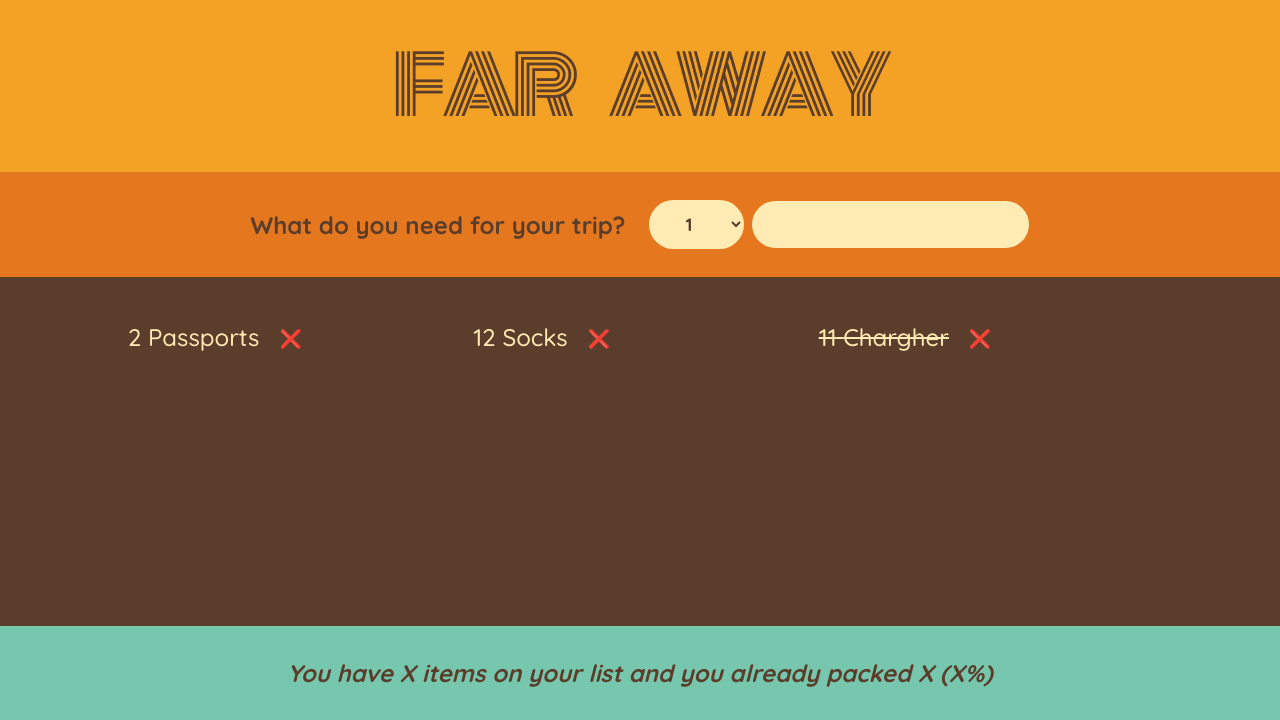
Repository: pmcalmeida/travel-list
Page: /
The author's editor kept a copy of each file at every save. The page is drawn from the files as they stood at one save, then again after the next save.
The browser window is 1280 px wide. The pictures show the whole page.
The project was rebuilt for these pictures with package versions that can differ from the ones it lists, and the page was loaded fresh each time.

Above is the page before, as saved 2024-05-01 10:47:17.

After the next save:
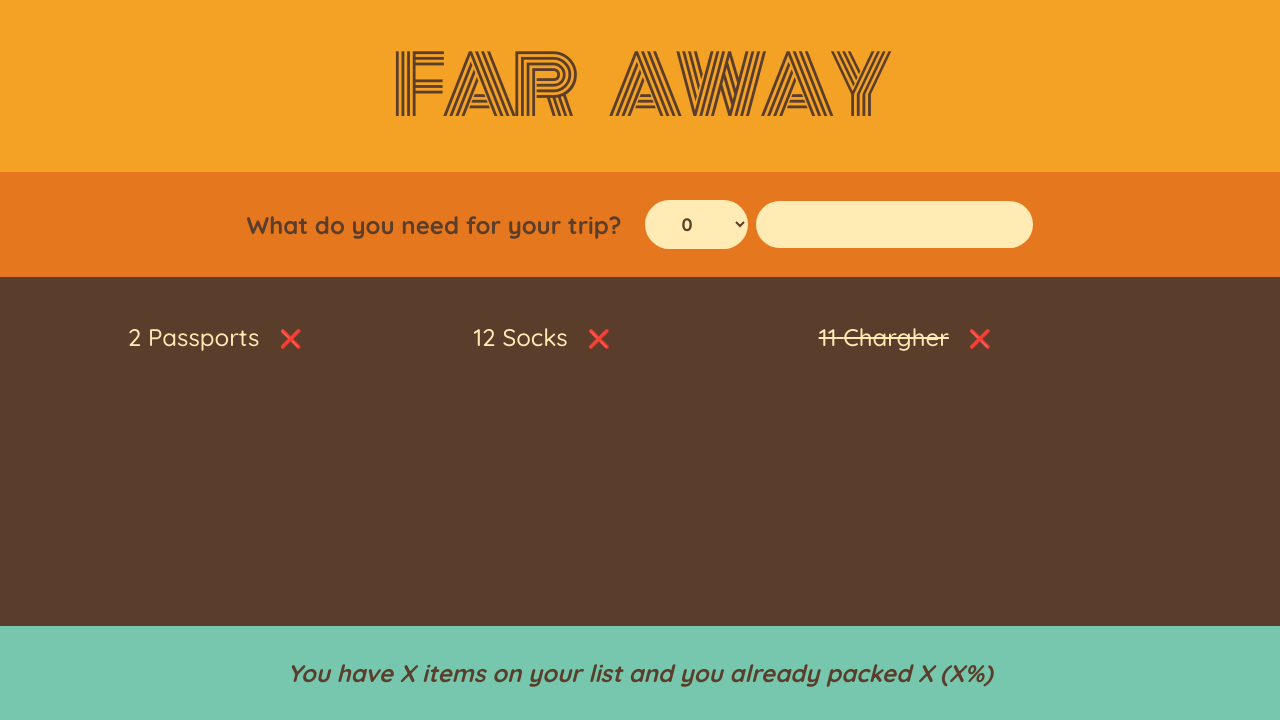
Saved 98 s later.
--- a/src/App.js
+++ b/src/App.js
@@ -15,9 +15,7 @@
     <form className="add-form">
       <h3>What do you need for your trip?</h3>
       <select>
-        <option value={1}>1</option>
-        <option value={2}>2</option>
-        <option value={3}>3</option>
+      {Array.from({ length: 20 }, (_, i) => <option value={i} key={i}>{i}</option>)}
       </select>
       <input type="text"></input>
     </form>
